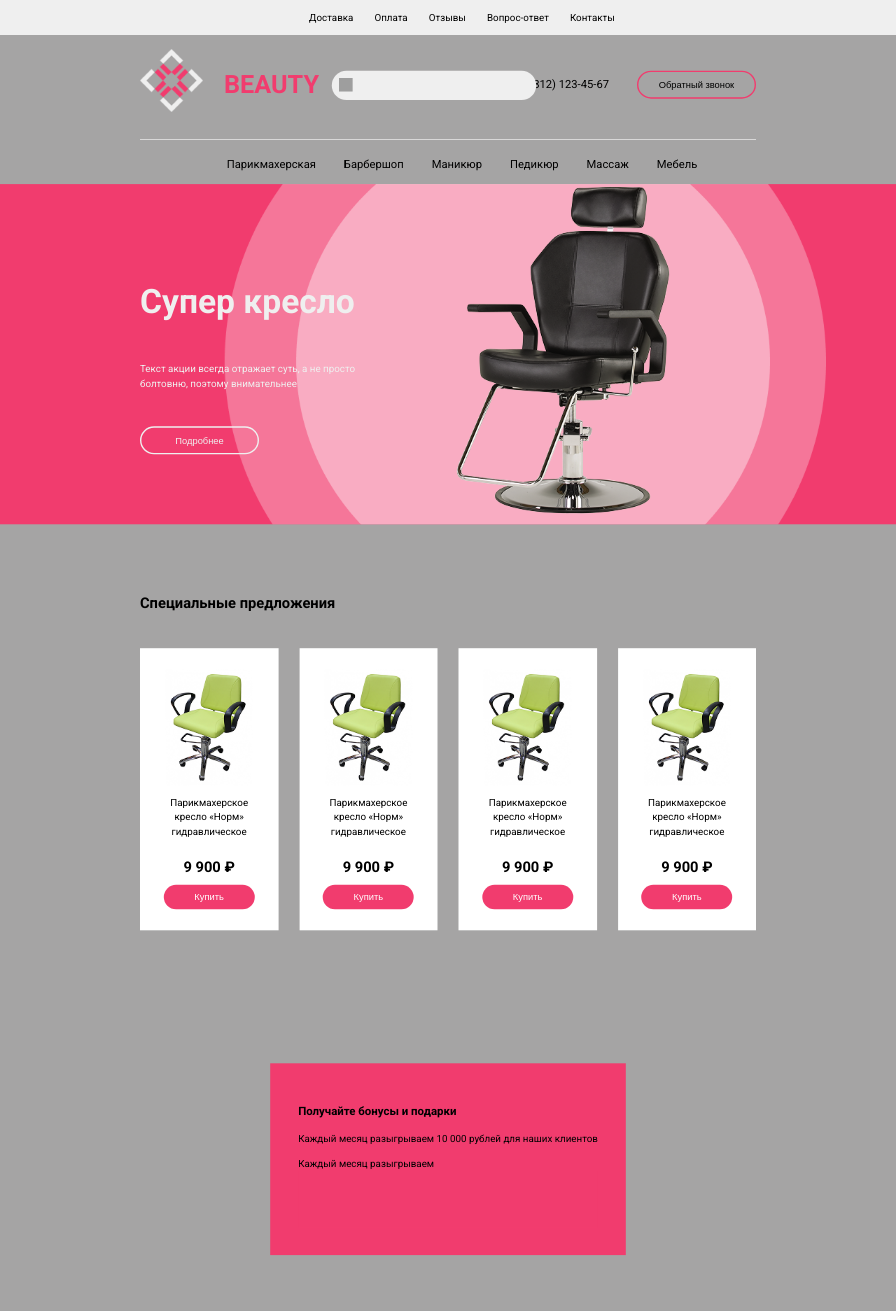
Repository: savannaaaas/verstka
Page: index.html
The author's editor kept a copy of each file at every save. The page is drawn from the files as they stood at one save, then again after the next save.
The browser window is 1280 px wide. The pictures show the whole page, at 70% of full size.
Pictures or frames that could not be fetched are drawn as grey boxes. Some web fonts or font styles are not loaded; a fallback is used.

Above is the page before, as saved 2025-04-16 11:53:20.

### index.html
<!DOCTYPE html>
<html lang="en">
<head>
    <meta charset="UTF-8">
    <meta name="viewport" content="width=device-width, initial-scale=1.0">
    <title>Figma</title>
    <link rel="preconnect" href="https://fonts.googleapis.com">
    <link rel="preconnect" href="https://fonts.gstatic.com" crossorigin>
    <link href="https://fonts.googleapis.com/css2?family=Istok+Web:ital,wght@0,400;0,700;1,400;1,700&family=Italiana&family=Jura:wght@300..700&family=Roboto:ital,wght@0,100..900;1,100..900&display=swap" rel="stylesheet">
    <link rel="stylesheet" href="style.css">
</head>
<body>
    <div class="content">
        <div class="top-line">
            <ul>
                <li>Доставка</li>
                <li>Оплата</li>
                <li>Отзывы</li>
                <li>Вопрос-ответ</li>
                <li>Контакты</li>
            </ul>
        </div>
        <div class="second-line">
            <div class="second-line-content">
                <div class="logo">
                    <img alt="logo" src="logo.png">
                    <h1>BEAUTY</h1>
                </div>
            <div class="search">
                <input class="search">
                <img alt="search" src="search.png">
            </div>
            <div class="contact">
                <p>8 (812) 123-45-67</p>
                <button>Обратный звонок</button>
            </div>
        </div>
            <hr class="line">
            <div class="service">
                <ul>
                    <li>Парикмахерская</li>
                    <li>Барбершоп</li>
                    <li>Маникюр</li>
                    <li>Педикюр</li>
                    <li>Массаж</li>
                    <li>Мебель</li>
                </ul>
            </div>
        </div>
        <div class="sale">
            <div class="text-armchair">
                <h1>Супер кресло</h1>
                <p>Текст акции всегда отражает суть, а не просто болтовню, поэтому внимательнее</p>
                <button>Подробнее</button>
            </div>
            <img class="elipse1" alt="elipse" src="elipse1.png">
            <img class="elipse2" alt="elipse" src="ellipse2.png">
            <img class="chair" alt="chair" src="armchairs.png">
        </div>
        <div class="goods">
            <h2>Специальные предложения</h2>
            <div class="armChairsGreen">
                <div class="armchair1">
                    <img alt="armchair" src="greenArmchair.png">
                    <p class="text-greenArmchair">Парикмахерское кресло «Норм» гидравлическое</p>
                    <h3>9 900 ₽</h3>
                    <button>Купить</button>
                </div>
                <div class="armchair2">
                    <img alt="armchair" src="greenArmchair.png">
                    <p class="text-greenArmchair">Парикмахерское кресло «Норм» гидравлическое</p>
                    <h3>9 900 ₽</h3>
                    <button>Купить</button>
                </div>
                <div class="armchair3">
                    <img alt="armchair" src="greenArmchair.png">
                    <p class="text-greenArmchair">Парикмахерское кресло «Норм» гидравлическое</p>
                    <h3>9 900 ₽</h3>
                    <button>Купить</button>
                </div>
                <div class="armchair4">
                    <img alt="armchair" src="greenArmchair.png">
                    <p class="text-greenArmchair">Парикмахерское кресло «Норм» гидравлическое</p>
                    <h3>9 900 ₽</h3>
                    <button>Купить</button>
                </div>
            </div>

        </div>
        <div class="subscribe">
            <div class="subscribe1">

                <h3>Получайте бонусы и подарки</h3>
                <p>Каждый месяц разыгрываем 10 000 рублей для наших клиентов</p>
                <div>Каждый месяц разыгрываем
            <div class="subscribe2"></div>
        </div>

    </div>
</body>
</html>

### style.css
body {
    min-height: 100vh;
    max-width: 1920px;
    margin: 0 auto;
    scroll-behavior: smooth;
    text-rendering: optimizeSpeed;
    line-height: 1.5;
    padding: 0;
    font-family: "Roboto", sans-serif;
    font-weight: 400;
    font-style: normal;
    font-size: 14px;
    background-color: #a5a4a4;

  }
  .top-line{
    display: flex;
    background-color: #EFEFEF;
    height: 50px;
    align-items: center;
    justify-content: center;

  }
   .top-line ul{
    display: flex;
    list-style: none;
    flex-wrap: nowrap;
    gap: 30px;
   }
   .second-line{
    display: flex;
    margin: 0 auto;
    align-items: center;
    flex-direction: column;
    padding: 0px 200px;

   }
   .second-line-content{
    width: 100%;
    height: 100%;
    display: flex;
    margin: 0 auto;
    align-items: center;
  justify-content: space-between;
  padding: 20px 0;
   }

.logo{
    display: flex;
    flex-wrap: nowrap;
    gap: 30px;
   }
.logo img{
    width: 90px;
    height: 90px;
}
 .logo h1{
    font-size: 36px;
    color: #F13C6E;
   }

   .search {
    position: relative;
    width: 250px;
    height: 40px;
  }

  .search input {
    border-radius: 40px;
    width: 100%;
    height: 100%;
    border: none;
    background-color: #EFEFEF;
    padding-left: 40px;
  }

  .search img {
    position: absolute;
    left: 10px;
    top: 50%;
    transform: translateY(-50%);
    width: 20px;
    height: 20px;
    pointer-events: none;
  }
  .contact{
    display: flex;
    gap: 40px;
    align-items: center;

  }
  .contact p{
    font-size: 16px;
  }
  .contact button{
    width: 170px;
    height: 40px;
    border: 2px solid #F13C6E;
    border-radius: 40px;
    background: transparent;
  }
hr{
    width: 100%;
    border: none;
    border-top: 1px solid #EFEFEF;
}
.service ul{
    display: flex;
    list-style: none;
    flex-wrap: nowrap;
    gap: 40px;
    font-size: 16px;
   }
   .sale{
    display: flex;
    position: relative;
    background-color: #F13C6E;
    justify-content: space-between;
    align-items: center;
    padding: 100px 200px;
    /**/
    overflow: hidden;
   }

   .elipse1 {
    position: absolute;
    right: 100px;
    top: 50%;
    transform: translateY(-50%);
    z-index: 0;
  }

  .elipse2 {
    position: absolute;
    right: 180px;
    top: 50%;
    transform: translateY(-50%);
    z-index: 1;
  }

  .chair {
    position: absolute;
    right: 180px;
    top: 50%;
    transform: translateY(-50%);
    z-index: 2;
  }

  .text-armchair {
    z-index: 3;
    max-width: 350px;
    color: #EFEFEF;
  }

   .text-armchair h1{
    font-size: 48px;
    color: #EFEFEF;
   }
   .text-armchair p{
    font-size: 14px;
    color: #EFEFEF;
    margin: 50px 0;
   }
   .text-armchair button{
    width: 170px;
    height: 40px;
   background: transparent;
   border-radius: 40px;
   border: 2px solid #EFEFEF;
   color: #EFEFEF;
   }
   .goods{
    padding: 80px 200px ;
   }
   .armChairsGreen{
   display: flex;
   justify-content: center;
   align-items: center;
   flex-direction: row;
   gap: 30px;
   padding: 30px 0px;
   }
   .armchair1, .armchair2, .armchair3, .armchair4{
    display: flex;
    justify-content: center;
    align-items: center;
    flex-direction: column;
    text-align: center;
    padding: 30px;
    background-color: #ffffff;
   }
   .armchair1 button, .armchair2 button, .armchair3 button, .armchair4 button{
   width: 130px;
   height: 35px;
   border: none;
   background-color: #F13C6E;
   color: #FFFFFF;
   border-radius: 30px;
   }
   .armchair1 h3, .armchair2 h3, .armchair3 h3, .armchair4 h3{
   font-size: 21px;
margin: 10px;
    }
    .subscribe{
        display: flex;
        padding: 80px 200px ;
        flex-direction: row;
        align-items: center;
        justify-content: center;
        gap: 30px;
    }
    .subscribe1{
        background-color: #F13C6E;
        padding: 40px ;
    }
    .subscribe2{
        padding: 40px ;
        background-color: #F13C6E;
    }

After the next save:
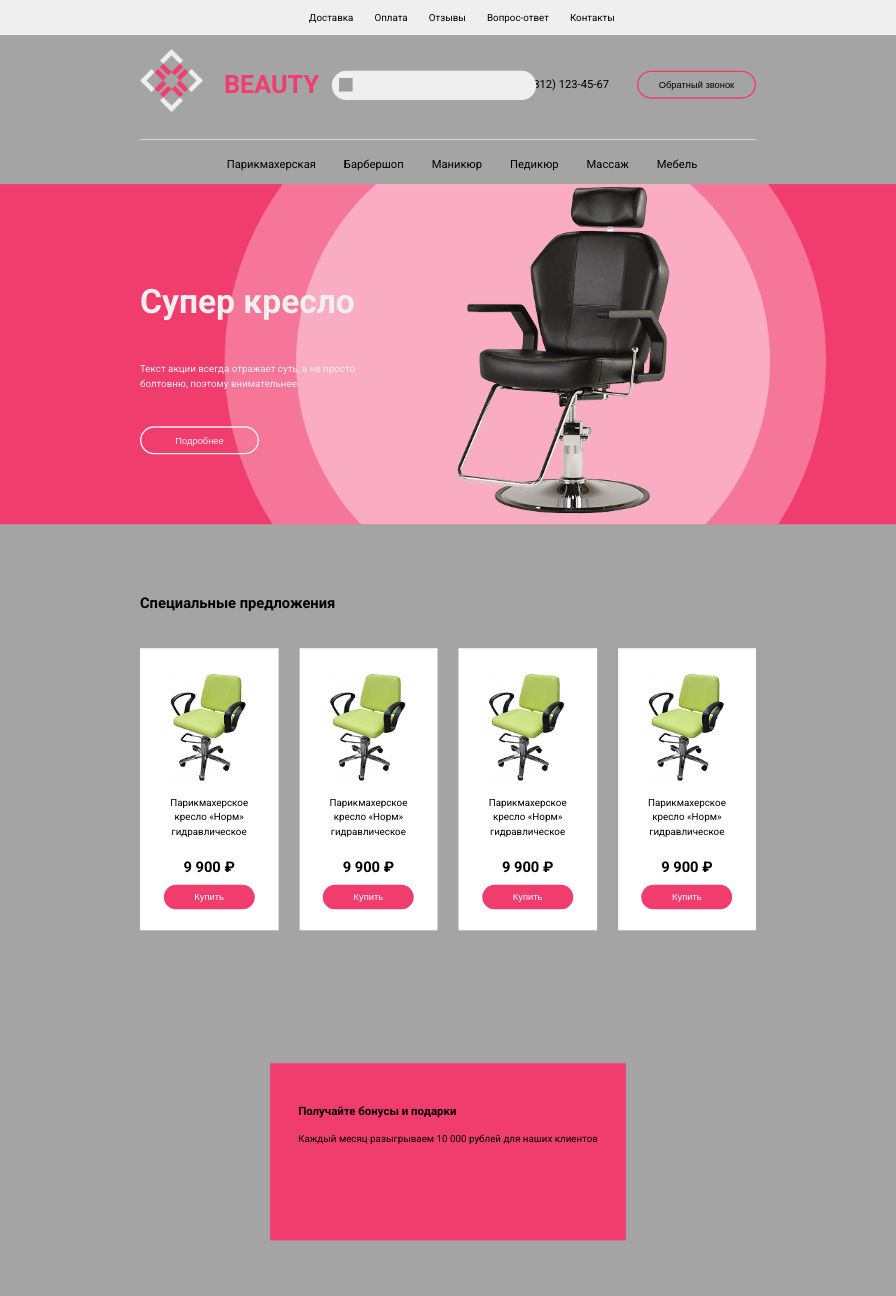
Saved 9 s later.
--- a/index.html
+++ b/index.html
@@ -92,7 +92,7 @@
 
                 <h3>Получайте бонусы и подарки</h3>
                 <p>Каждый месяц разыгрываем 10 000 рублей для наших клиентов</p>
-                <div>Каждый месяц разыгрываем
+                <div></div>
             <div class="subscribe2"></div>
         </div>
 
